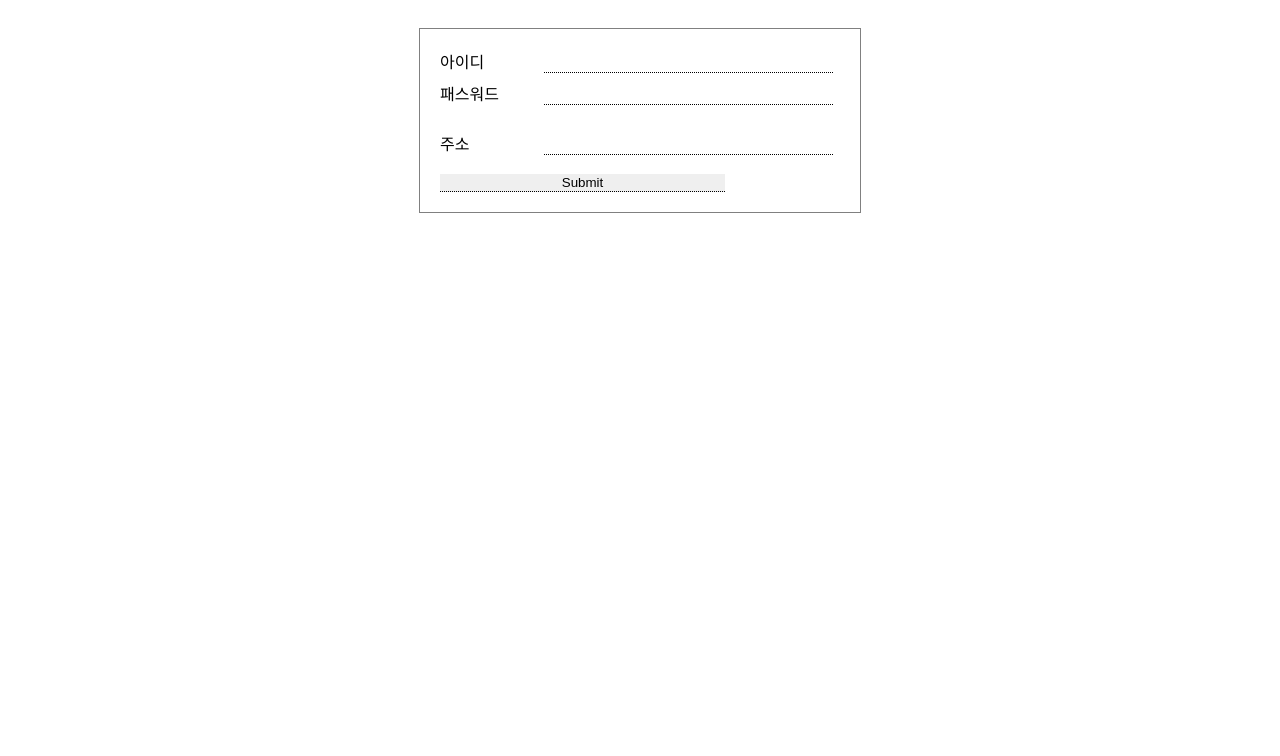
Repository: hyunhub-Park/jspStudy
Page: jspStudy/src/main/webapp/member/write.html
An editor plug-in stored every save of this project. The page is shown before and after the next save, followed by the edit.
The browser window is 1280 px wide. The pictures show the whole page.

Above is the page before, as saved 2024-12-03 12:19:06.

After the next save:
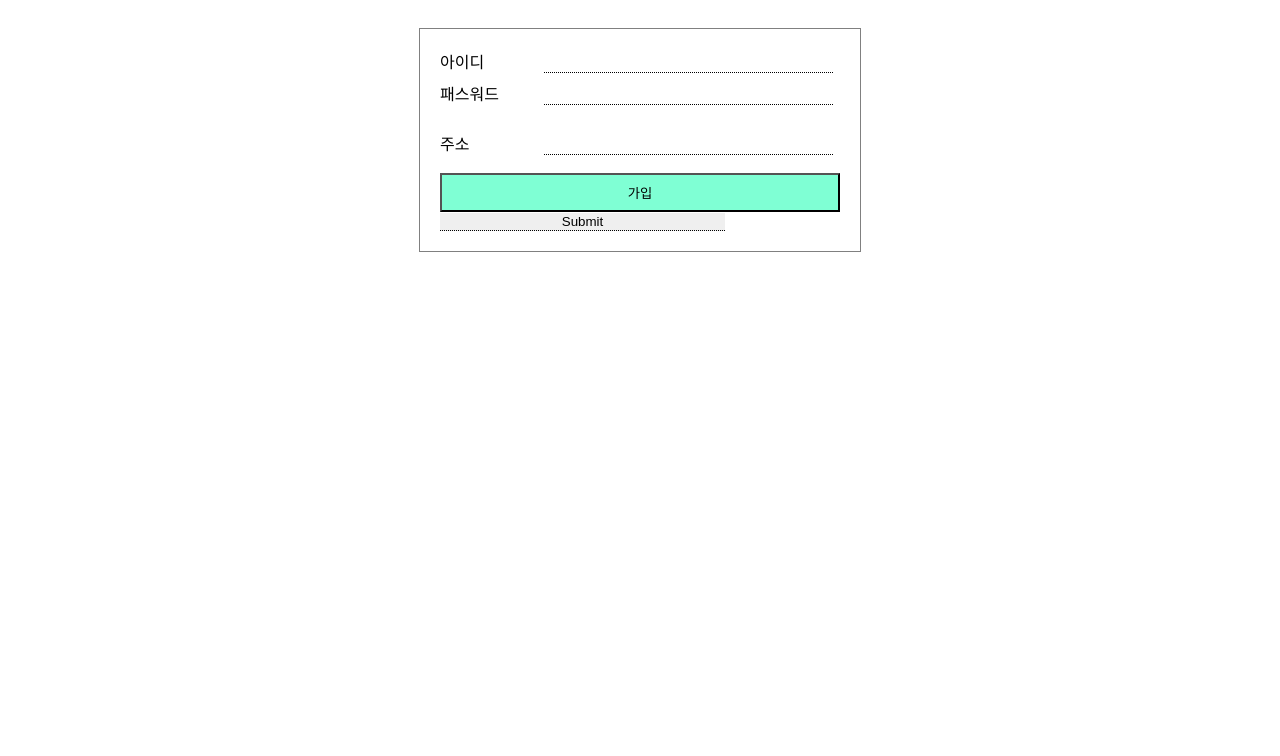
Saved 2 min 58 s later.
--- a/jspStudy/src/main/webapp/member/write.html
+++ b/jspStudy/src/main/webapp/member/write.html
@@ -33,10 +33,10 @@
             background-color: aquamarine;
         }
 
-        form #addr2
+/*         form #addr2
         {
             margin-left: 105px;
-        }
+        } */
 
         form input
         {
@@ -47,10 +47,10 @@
             outline: none;
         }
 
-        #email1, #email2
+/*         #email1, #email2
         {
             width: 130px
-        }
+        } */
 
         form p
         {
@@ -116,8 +116,8 @@
         <label for="addr1">주소</label>
         <input type="text" name="addr1" id="addr1"> <br> <br>
         <!-- <input type="text" name="addr2" id="addr2"> <br> <br> -->
-
-        <input type="submit" name="가입"></input>
+				<button>가입</button>
+        <input type="submit"></input>
     </form>
 </body>
 </html>
